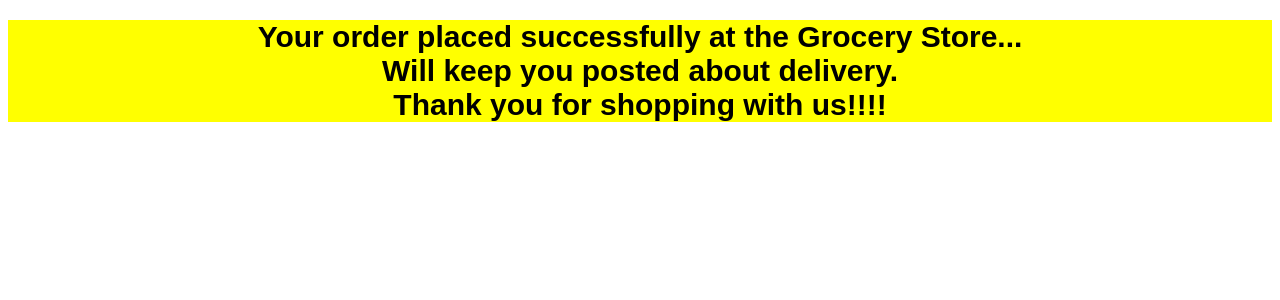
Repository: pournimapatil27/GroceryStoreMicroservice
Page: StoreLogin/src/main/resources/static/store.html
An editor plug-in stored every save of this project. The page is shown before and after the next save, followed by the edit.
The browser window is 1280 px wide. The pictures show the whole page.

Above is the page before, as saved 2021-12-03 09:02:51.

After the next save:
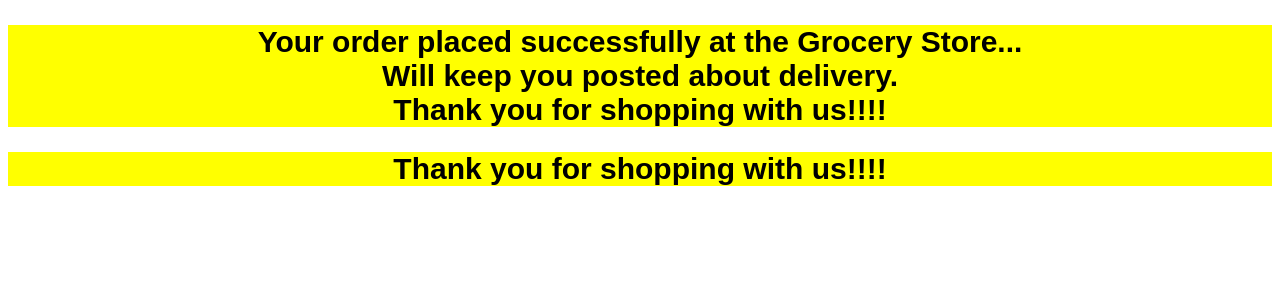
Saved 2 min 20 s later.
--- a/StoreLogin/src/main/resources/static/store.html
+++ b/StoreLogin/src/main/resources/static/store.html
@@ -7,6 +7,7 @@
       <title>Welcome to Grocery Store</title>
    </h:head>
    <h:body>
-      <h1 style="background-color:yellow;font-family:'Arial';font-size:30px;text-align: center">Your order placed successfully at the Grocery Store...<br>Will keep you posted about delivery.<br> Thank you for shopping with us!!!!</h1>
+      <h2 style="background-color:yellow;font-family:'Arial';font-size:30px;text-align: center">Your order placed successfully at the Grocery Store...<br>Will keep you posted about delivery.<br> Thank you for shopping with us!!!!</h2>
+  <h1 style="background-color:yellow;font-family:'Arial';font-size:30px;text-align: center">Thank you for shopping with us!!!!</h1>
    </h:body>
 </html>
